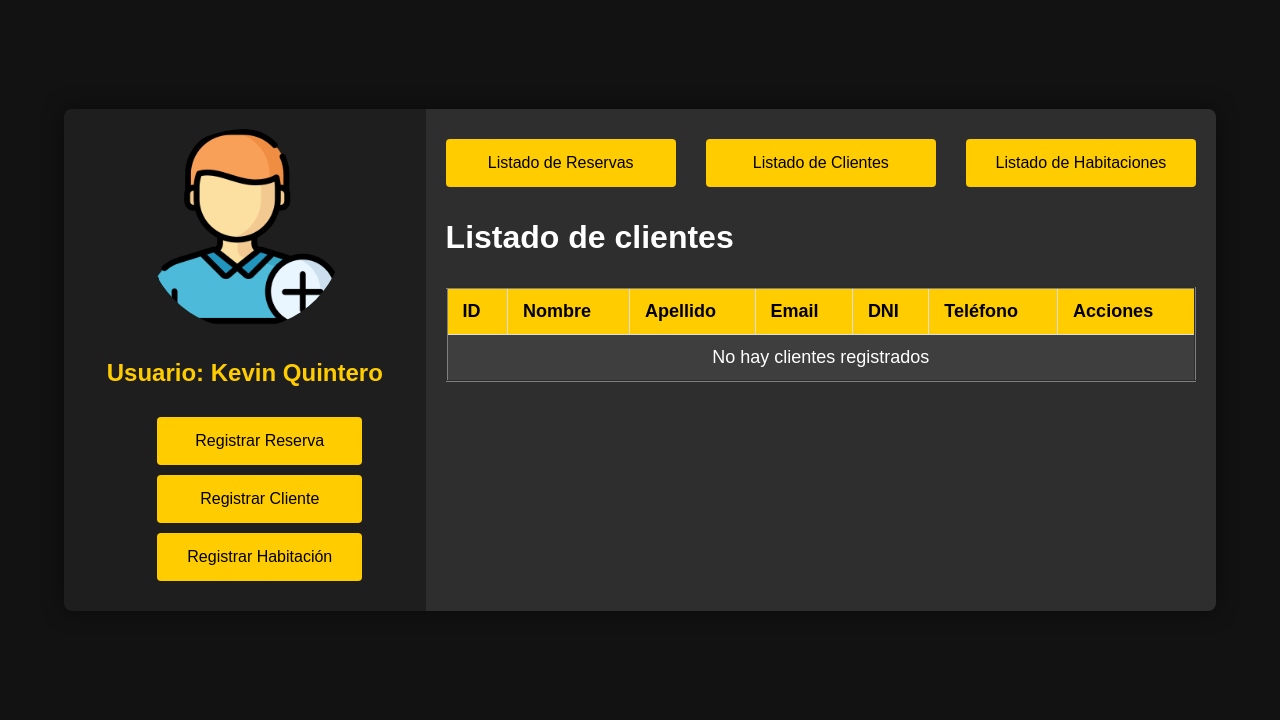
Repository: kevinqg0/Proyecto-Final-Gestion-Hotelera
Page: http://localhost/ProyectoGestionHotelera/ListadoClientes.jsp
The author's editor kept a copy of each file at every save. The page is drawn from the files as they stood at one save, then again after the next save.
The browser window is 1280 px wide. The pictures show the whole page.
The page is served by Tomcat 9. The template is opened directly, without the code that normally fills it, so the values that code supplies are empty.

Above is the page before, as saved 2024-10-23 04:31:22.

After the next save:
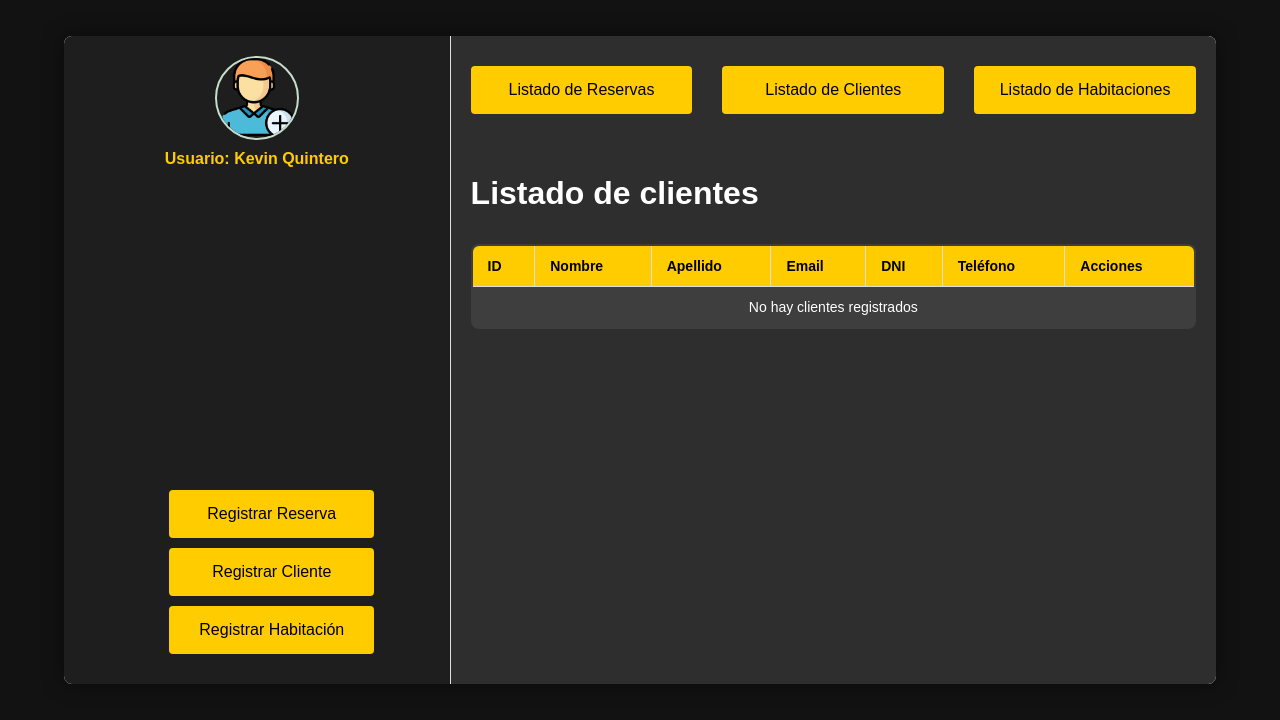
Saved 73 s later.
--- a/ProyectoGestionHotelera/src/main/webapp/ListadoClientes.jsp
+++ b/ProyectoGestionHotelera/src/main/webapp/ListadoClientes.jsp
@@ -10,7 +10,7 @@
 <meta charset="ISO-8859-1">
 <meta name="viewport" content="width=device-width, initial-scale=1.0">
 <title>GESTIONES</title>
-
+<link rel="stylesheet" href="estilos/lis-habitacion.css">
 <style>
 body {
 	font-family: Arial, sans-serif;
